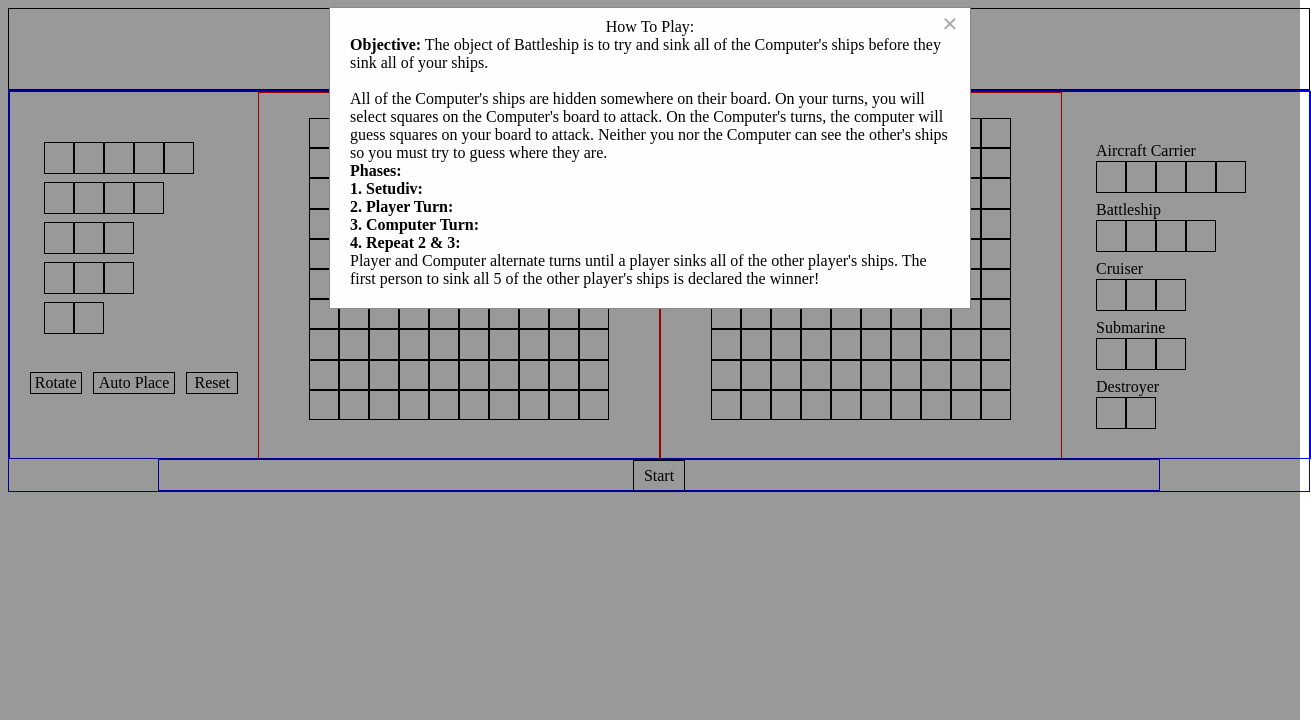
Repository: J-Haze/BattleshipApp
Page: /, after clicking the first element matching `#how-to`
The author's editor kept a copy of each file at every save. The page is drawn from the files as they stood at one save, then again after the next save.
The browser window is 1280 px wide. The page is 1311 px wide, so the pictures cover 1311 px, including what lies to the right of the window. The pictures show the whole page.
The project was rebuilt for these pictures with package versions that can differ from the ones it lists, and the page was loaded fresh each time. Also part of the build but not shown: src/index.css, src/Components/ModalEnd.js.

Above is the page before, as saved 2020-09-26 16:07:18.

### src/App.js
import React from "react";
import "./App.css";
import Game from "./Components/Game";
import Header from "./Components/Header"
// import { ProgressPlugin } from "webpack";

//test

function App() {
  return (
    <div className="App">
      <Header />
      <Game />
    </div>
  );
}

export default App;

### src/App.css
/* test */
:root{
    --black: #1B262C;
}


header {
    border: 1px solid black;

    display: flex;
    flex-direction: column;
    justify-content: center;
    align-items: center;
    margin-left: auto;
    margin-right: auto;
    width: 1300px;
    height: 80px;

}

/* div {
    border: 1px solid black;
} */

#how-to:hover{
    cursor: pointer;
}

#game{
    width: 1300px;
    height: 400px;
    display: flex;
    flex-direction: column;
    border: 1px solid blue;
    margin-left: auto;
    margin-right: auto;
}

.column{
    width: 400px;
    height: 100%;
    border: 1px solid red;
}

.board{
    height: 300px;
    width: 300px;
    margin-left: auto;
    margin-right: auto;
    margin-top: 25px;

    display: grid;
    grid-template-columns: repeat(1, 1fr);
    grid-template-rows: repeat(10, 1fr);
    gap: 2px;
}

.row{
    display: flex;
    /* height: 30px; */
    height: 1fr;
    width: 1fr;
}

.square{
    /* height: 100%;
    width: 10%; */
    display: flex;
    height: 100%;
    width: 10%;
    border: 1px solid black;
}

.ship{
    background-color:gray;
    height: 100%;
    width: 100%;
}

.hit{
    background-color:red;
    height: 100%;
    width: 100%;
}

.miss{
    background-color:lightblue;
    height: 100%;
    width: 100%;
}

.sunk{
    background-color:black;
    height: 100%;
    width: 100%;
}

.empty{
    /* background-color: yellow; */
    height: 100%;
    width: 100%;
}

.clickable:hover{
    background-color: rgb(205, 205, 205);
    cursor: pointer;
}

#top-row{
    display: flex;
    width: 1300px;
    height: 400px;
    border: 1px solid blue;
    margin-left: auto;
    margin-right: auto;
}

#bottom-row{
    display: flex;
    width: 1000px;
    height: 30px;
    border: 1px solid blue;
    margin-left: auto;
    margin-right: auto;
}

#start-button{
    margin-left: auto;
    margin-right: auto;
}

.fleet-square{
    width: 30px;
    height: 30px;
    border: 1px solid black;
}

.ship-text{
    margin-left: 20px;
    margin-right: auto;
    margin-bottom: 1px;
    /* border: 1px solid black; */
}

.fleet-horizontal{
    height: 220px;
    width: 220px;
    margin-top: 50px;
    margin-left: auto;
    margin-right: auto;
}

.ship-harbor-horizontal{
    display: flex;
    height: 30px;
    margin-bottom: 10px;
    margin-left: 20px;
    border: none;
}

.carrier-horizontal{
    width: 150px;
}

.battleship-horizontal{
    width: 120px;
}

.cruiser-horizontal{
    width: 90px;
}

.submarine-horizontal{
    width: 90px;
}

.destroyer-horizontal{
    width: 60px;
}

.fleet-vertical{
    display: flex;
    height: 220px;
    width: 220px;
    margin-top: 50px;
    margin-left: auto;
    margin-right: auto;
}

.ship-harbor-vertical{
    display: flex;
    flex-direction: column;
    width: 30px;
    margin-left: 10px;
    margin-top: 50px;
    border: none;
}

.carrier-vertical{
    height: 150px;
}

.battleship-vertical{
    height: 120px;
}

.cruiser-vertical{
    height: 90px;
}

.submarine-vertical{
    height: 90px;
}

.destroyer-vertical{
    height: 60px;
}

.toggle{
    background-color: gray;
}

.boat-placed{
    background-color: black;
    width: 30px;
    height: 30px;
    border: 1px solid black;
}

#setup{
    margin-left: auto;
    margin-right: auto;
}

#setup-buttons{
    display: flex;
    margin-top: 10px;
}

.btn{
    height: 20px;
    display: flex;
    justify-content: center;
    align-items: center;
    margin-left: auto;
    margin-right: auto;
    border: 1px solid black;
}

.btn:hover{
    cursor: pointer;
}

#rotate{
    width: 50px;
}

#auto-place{
    width: 80px;
}

#reset{
    width: 50px;
}

#start-button{
    border: 1px solid black;
    display: flex;
    justify-content: center;
    align-items: center;
    width: 50px;
    height: 30px;
}

#start-button:hover{
    cursor: pointer;
}

#newGame{
    border: 1px solid black;
    display: flex;
    justify-content: center;
    align-items: center;
    margin-left: auto;
    margin-right: auto;
    width: 80px;
    height: 30px;
}

#newGame:hover{
    cursor: pointer;
}


/* End of Game Modal */

.modal{
    display: block;
    position: fixed;
    z-index: 1;
    left: 0;
    top: 0;
    width: 100vw;
    min-width: 1300px;
    height: 100vh;
    /* overflow: auto; */
    background-color: rgb(0,0,0);
    background-color: rgba(0,0,0,0.4);
  }

  .modal-content{
    display: flex;
    flex-direction: column;
    background-color: #fefefe;
    margin-left: auto;
    margin-right: auto;
    margin-top: 1vh;
    padding: 20px;
    padding-top: 0px;
    border: 1px solid #888;
    width: 600px;
    justify-content: center;
    align-items: center;
  }

  .close{
    color: #aaa;
    float: right;
    margin-left: 100%;
    font-size: 28px;
    height: 10px;
    font-weight: bold;
    /* border: 1px solid black; */
  }

  .close:hover, .close:focus {
    color: black;
    text-decoration: none;
    cursor: pointer;
  }

  .message{
      font-size: 3em;
      /* border: 1px solid black; */
      margin-bottom: 5px;
  }

.image{
    width: 500px;
    margin-left: auto;
    margin-right: auto;
    margin-bottom: 20px;
}

### src/Components/Header.js
import React, { useState, useEffect } from "react"
import ModalHowTo from "./ModalHowTo.js"
// import shipFactory from "../factories/ship"
// import gameboardFactory from "../factories/gameboard"
// import player from "../factories/player"


function Header() {
    const [howToOpen, setHowToOpen] = useState(null);


    function howTo() {
        setHowToOpen(true)
    }

    function hideModal() {
        setHowToOpen(false)
    }

    return (
        <header>
            <div>BattleShip</div>
            <div> Image of battleship </div>
            <div id="how-to" onClick={() => howTo()}> How To Play </div>
            {howToOpen && <ModalHowTo
                hideModal={hideModal}
            />}
        </header>
    )
}


export default Header;

### src/factories/ship.js

const shipFactory = (shipLength) => {
    const shipNames = {
        1: 'Submarine',
        2: 'Destroyer',
        3: 'Cruiser',
        4: 'Battleship',
        5: 'Carrier',
    };

    const name = shipNames[shipLength];

    if (shipLength == 1) {
        shipLength = 3;
    }


    let ship = [];
    for (let i = 0; i < shipLength; i++) {
        ship.push([false, i, name])
    }

    let hit = (hitLocation) => {
        ship[hitLocation] = [true, hitLocation, name];
        console.log("Hit!", ship)
        console.log(`You've hit my ${name}`)
        // console.log("hits length", hit.length)
        // console.log("ship.length", ship.length)
        return ship
    }

    let isSunk = () => {
        let sunkStatus = false
        ship[0][0] == true ? sunkStatus = true : sunkStatus = false
        for (let square in ship) {
            // console.log("ship:", ship)
            // console.log(ship[square])
            sunkStatus = (ship[square][0] && sunkStatus)
        }
        // let sunkStatus = ship[0].every(Boolean);
        return sunkStatus
    }

    return {
        //id,
        name,
        shipLength,
        ship,
        hit,
        isSunk
    }
}

// const destroyer = shipFactory(2)
// const cruiser = shipFactory(3)
// const battleship = shipFactory(4)
// const carrier = shipFactory(5)

export default shipFactory;

//export default {shipFactory, destroyer, cruiser, battleship, carrier}

//Comment out with not testing
// module.exports = shipFactory;

### src/factories/player.js
// import shipFactory from "./ship"
import gameboardFactory from "./gameboard"

const player = (playerName) => {
    // const submarine = shipFactory(1)
    // const destroyer = shipFactory(2)
    // const cruiser = shipFactory(3)
    // const battleship = shipFactory(4)
    // const carrier = shipFactory(5)
    const getBoard = gameboardFactory();
    const gameboard = getBoard;
    let attackCoord = 100;
    let index = 100;

    const squaresToGuess = [];

    for (let i = 0; i <= 99; i++) {
        squaresToGuess.push(i);
    }
    // console.log(squaresToGuess)

    //Randomly sends an attack
    const sendAttack = (coord) => {
        // if (playerName == "Computer") {
        // }
        // console.log("yes", playerName)
        if (playerName == "Player") {
            attackCoord = coord;
            index = squaresToGuess.indexOf(attackCoord);
            squaresToGuess.splice(index, 1);
        } else {
            // console.log("s2g", squaresToGuess.length - 1)
            attackCoord = Math.floor(Math.random() * (squaresToGuess.length - 1));
            index = squaresToGuess.indexOf(attackCoord);
            squaresToGuess.splice(index, 1);
            // console.log("index:", index)
        }

        // console.log({ attackCoord })
        // console.log("squares to guess:", squaresToGuess)
        return attackCoord
    }



    //send attack will take coordinates and "send an attack" to the OPPOSING board
    //Need to make sure it has an array of 0-99 and takes away the guessed numbers from that array.
    //random between 0 and array.length

    return {
        gameboard,
        squaresToGuess,
        sendAttack
    }
}








export default player;

### src/Components/Board.js
import React, { useState, useEffect } from "react"
// import shipFactory from "../factories/ship"
// import gameboardFactory from "../factories/gameboard"
// import player from "../factories/player"
// import Square from "./Square.js"
import Row from "./Row.js"
// import Player from "./Player.js"

function Board(props) {
    let { id, board, phase, boardID, handlePlaceShip, update } = props;

    const [rowState, setRows] = useState([]);

    // let rows = [];


    useEffect(() => {
        let rows = [];
        for (let i = 0; i < board.length; i += 10) {
            rows.push(board.slice(i, i + 10));
        }
        setRows(rows);
    }, [update]
    );



    return (
        <div id={id} className="board">
            {/* {squareItems} */}
            {rowState.map((row, i) => {
                return (
                    <Row
                        key={i}
                        roww={i}
                        rowObj={row}
                        phase={phase}
                        boardID={boardID}
                        handlePlaceShip={handlePlaceShip}
                    // position={[i, j]}
                    // position={square}
                    // key={square.}
                    // key={book.title}
                    // book={book}
                    // handleDelete={handleDelete}
                    // toggleRead={toggleRead}
                    // toggleReading={toggleReading}
                    // toggleNotRead={toggleNotRead}
                    />
                );
            })
            }
        </div>
    )
}

export default Board;

### src/Components/Row.js
import React, { useState, useEffect } from "react"
// import shipFactory from "../factories/ship"
// import gameboardFactory from "../factories/gameboard"
// import player from "../factories/player"
import Square from "./Square"

function Row(props) {
    let { roww, rowObj, handleClick, phase, boardID, handlePlaceShip, update } = props;


    useEffect(() => {
        rowObj = rowObj;
    },
        [update]
    );

    return (
        <div className="row">
            {rowObj.map((square, j) => {
                return (
                    <Square
                        key={j}
                        row={roww}
                        col={j}
                        squareObj={square}
                        handleClick={handleClick}
                        phase={phase}
                        boardID={boardID}
                        handlePlaceShip={handlePlaceShip}
                    />
                );
            })
            }
        </div>
    )
};
export default Row;

### src/Components/Fleet.js
import React, { useState, useEffect } from "react"

function Fleet(props) {

    let sunkCarrier = "";
    let sunkBattleship = "";
    let sunkCruiser = "";
    let sunkSubmarine = "";
    let sunkDestroyer = "";

    if (props.boatsSunk.includes("Carrier")) {
        sunkCarrier = "sunk";
    } else {
        sunkCarrier = "";
    };

    if (props.boatsSunk.includes("Battleship")) {
        sunkBattleship = "sunk";
    } else {
        sunkBattleship = "";
    };

    if (props.boatsSunk.includes("Cruiser")) {
        sunkCruiser = "sunk";
    } else {
        sunkCruiser = "";
    };

    if (props.boatsSunk.includes("Submarine")) {
        sunkSubmarine = "sunk";
    } else {
        sunkSubmarine = "";
    };

    if (props.boatsSunk.includes("Destroyer")) {
        sunkDestroyer = "sunk";
    } else {
        sunkDestroyer = "";
    };

    return (
        <div id={props.id} className="fleet-horizontal" >
            <div className="ship-text">Aircraft Carrier</div>
            <div className={`carrier-horizontal ship-harbor-horizontal ${sunkCarrier}`} >
                <div className="fleet-square"></div>
                <div className="fleet-square"></div>
                <div className="fleet-square"></div>
                <div className="fleet-square"></div>
                <div className="fleet-square"></div>
            </div>
            <div className="ship-text"> Battleship </div>
            <div className={`battleship-horizontal ship-harbor-horizontal ${sunkBattleship}`} >
                <div className="fleet-square"></div>
                <div className="fleet-square"></div>
                <div className="fleet-square"></div>
                <div className="fleet-square"></div>
            </div>
            <div className="ship-text">Cruiser</div>
            <div className={`cruiser-horizontal ship-harbor-horizontal ${sunkCruiser}`} >
                <div className="fleet-square"></div>
                <div className="fleet-square"></div>
                <div className="fleet-square"></div>
            </div>
            <div className="ship-text">Submarine</div>
            <div className={`submarine-horizontal ship-harbor-horizontal ${sunkSubmarine}`} >
                <div className="fleet-square"></div>
                <div className="fleet-square"></div>
                <div className="fleet-square"></div>
            </div>
            <div className="ship-text">Destroyer</div>
            <div className={`destroyer-horizontal ship-harbor-horizontal ${sunkDestroyer}`} >
                <div className="fleet-square"></div>
                <div className="fleet-square"></div>
            </div>
        </div >
    )


};

export default Fleet;

### src/Components/ModalHowTo.js
import React, { useState, useEffect } from "react";
import winningImage from "../assets/winning-image.png"
import losingImage from "../assets/losing-image.png"

function ModalEnd(props) {


        return (
            <div className="modal">
                <div id="howToModal" className="modal-content">
                    <span className="close" onClick={props.hideModal}>&times;</span>
                    <div className="howToTop"> How To Play:</div>
                    <div className="howToBottom">
                        <div> <strong>Objective:</strong> The object of Battleship is to try and sink all of the Computer's ships before they sink all of your ships. <br /><br /> All of the Computer's ships are hidden somewhere on their board. On your turns, you will select squares on the Computer's board to attack. On the Computer's turns, the computer will guess squares on your board to attack. Neither you nor the Computer can see the other's ships so you must try to guess where they are.
                        </div>
                        <div><strong>Phases:</strong></div>
                        <div><strong>1. Setudiv:</strong></div>
                        <div><strong>2. Player Turn:</strong></div>
                    <div><strong>3. Computer Turn:</strong></div>
                        <div><strong>4. Repeat 2 & 3: </strong></div>
                        <div>Player and Computer alternate turns until a player sinks all of the other player's ships. The first person to sink all 5 of the other player's ships is declared the winner!</div>
                    </div>
                </div>
            </div>
        )
}

export default ModalEnd;

### src/Components/Square.js
import React, { useState, useEffect } from "react"
// import shipFactory from "../factories/ship"
// import gameboardFactory from "../factories/gameboard"
// import player from "../factories/player"

function Square(props) {

    const id = (props.row * 10 + props.col)

    let attackClick = () => props.handleClick(id);
    let placementClick = () => props.handlePlaceShip(id);

    let placementMode = null;
    let playerAttack = null;

    if (props.phase == "setup") {
        placementMode = placementClick;
        playerAttack = null;
    } else if (props.phase == "playerTurn") {
        placementMode = null;
        playerAttack = attackClick;
    }

    let playerClickable = "";
    if (props.phase == "setup") {
        playerClickable = " clickable"
    } else {
        playerClickable = "";
    }

    let computerClickable = "";
    if (props.phase == "playerTurn") {
        computerClickable = "clickable"
    } else {
        computerClickable = "";
    }

    if (props.boardID == "player") {
        return (
            <div className="square">
                {(props.squareObj != null) ?
                    ((props.squareObj[0] == false) ?
                        (<div className="ship" key={id}></div>) :
                        (props.squareObj[0] == true) ?
                            (<div className="hit" key={id}>X</div>) :
                            (props.squareObj[0] == "sunk") ?
                                (<div className="sunk" key={id}>X</div>) :
                                (props.squareObj == "miss") ?
                                    (<div className="miss" key={id}>X</div>) :
                                    (<div>error</div>)) :
                    (<div className={`empty ${playerClickable}`} key={id} onClick={placementMode}></div>)
                }
            </div>
        )
    } else {
        return (
            <div className="square">
                {(props.squareObj != null) ?
                    ((props.squareObj[0] == false) ?
                        (<div className="ship" key={id} onClick={playerAttack}></div>) :
                        (props.squareObj[0] == true) ?
                            (<div className="hit" key={id}>X</div>) :
                            (props.squareObj[0] == "sunk") ?
                                (<div className="sunk" key={id}>X</div>) :
                                (props.squareObj == "miss") ?
                                    (<div className="miss" key={id}>X</div>) :
                                    (<div>error</div>)) :
                    (<div className={`empty ${computerClickable}`} key={id} onClick={playerAttack}></div>)
                }
            </div>
        )
    }


}

export default Square;

Loaded but not shown: public/index.html (common file); src/index.js (common file); src/serviceWorker.js (common file); src/Components/Game.js (297 lines, source omitted); src/factories/gameboard.js (224 lines, source omitted); src/Components/PlayerFleet.js (161 lines, source omitted)

After the next save:
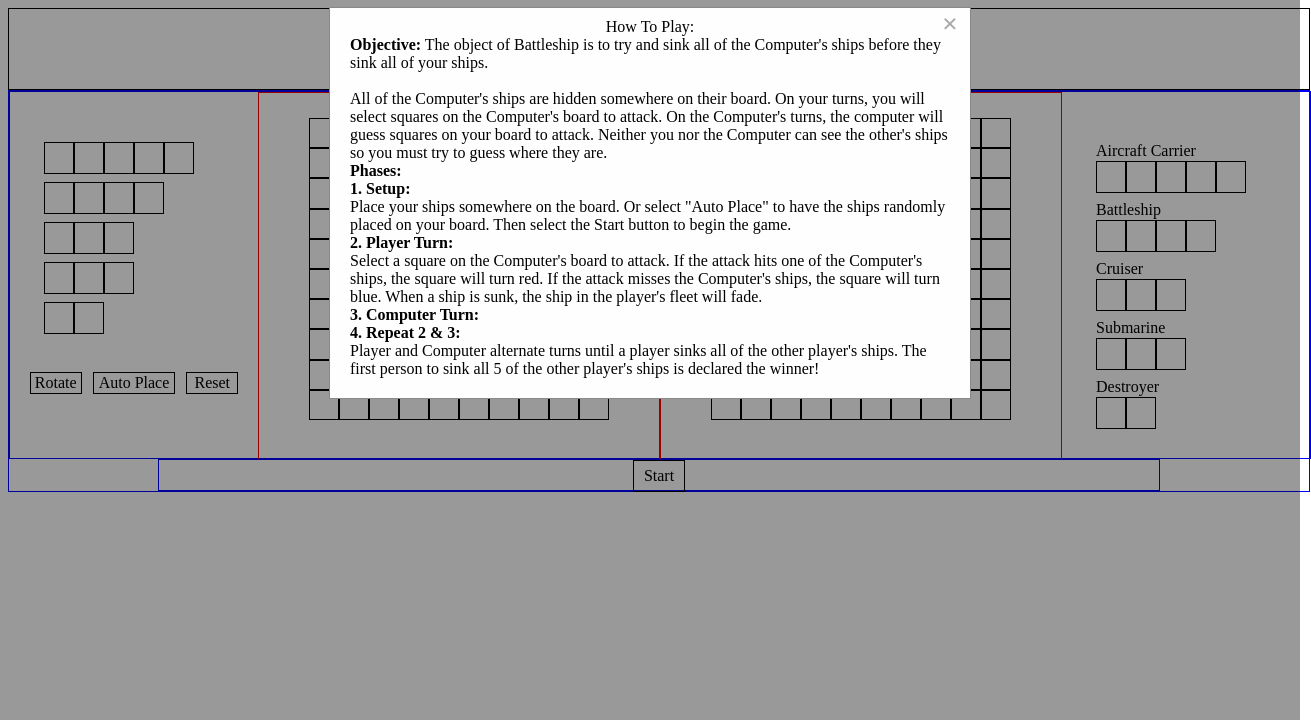
Saved 11 min 27 s later.
--- a/src/Components/ModalHowTo.js
+++ b/src/Components/ModalHowTo.js
@@ -5,24 +5,27 @@ import losingImage from "../assets/losing-image.png"
 function ModalEnd(props) {
 
 
-        return (
-            <div className="modal">
-                <div id="howToModal" className="modal-content">
-                    <span className="close" onClick={props.hideModal}>&times;</span>
-                    <div className="howToTop"> How To Play:</div>
-                    <div className="howToBottom">
-                        <div> <strong>Objective:</strong> The object of Battleship is to try and sink all of the Computer's ships before they sink all of your ships. <br /><br /> All of the Computer's ships are hidden somewhere on their board. On your turns, you will select squares on the Computer's board to attack. On the Computer's turns, the computer will guess squares on your board to attack. Neither you nor the Computer can see the other's ships so you must try to guess where they are.
+    return (
+        <div className="modal">
+            <div id="howToModal" className="modal-content">
+                <span className="close" onClick={props.hideModal}>&times;</span>
+                <div className="howToTop"> How To Play:</div>
+                <div className="howToBottom">
+                    <div> <strong>Objective:</strong> The object of Battleship is to try and sink all of the Computer's ships before they sink all of your ships. <br /><br /> All of the Computer's ships are hidden somewhere on their board. On your turns, you will select squares on the Computer's board to attack. On the Computer's turns, the computer will guess squares on your board to attack. Neither you nor the Computer can see the other's ships so you must try to guess where they are.
                         </div>
-                        <div><strong>Phases:</strong></div>
-                        <div><strong>1. Setudiv:</strong></div>
-                        <div><strong>2. Player Turn:</strong></div>
+                    <div><strong>Phases:</strong></div>
+                    <div><strong>1. Setup:</strong></div>
+                    <div>Place your ships somewhere on the board. Or select "Auto Place" to have the ships randomly placed on your board. Then select the Start button to begin the game.</div>
+                    <div><strong>2. Player Turn:</strong></div>
+                    <div>Select a square on the Computer's board to attack. If the attack hits one of the Computer's ships, the square will turn red. If the attack misses the Computer's ships, the square will turn blue. When a ship is sunk, the ship in the player's fleet will fade.</div>
                     <div><strong>3. Computer Turn:</strong></div>
-                        <div><strong>4. Repeat 2 & 3: </strong></div>
-                        <div>Player and Computer alternate turns until a player sinks all of the other player's ships. The first person to sink all 5 of the other player's ships is declared the winner!</div>
-                    </div>
+                    <dv></dv>
+                    <div><strong>4. Repeat 2 & 3: </strong></div>
+                    <div>Player and Computer alternate turns until a player sinks all of the other player's ships. The first person to sink all 5 of the other player's ships is declared the winner!</div>
                 </div>
             </div>
-        )
+        </div>
+    )
 }
 
 export default ModalEnd;
